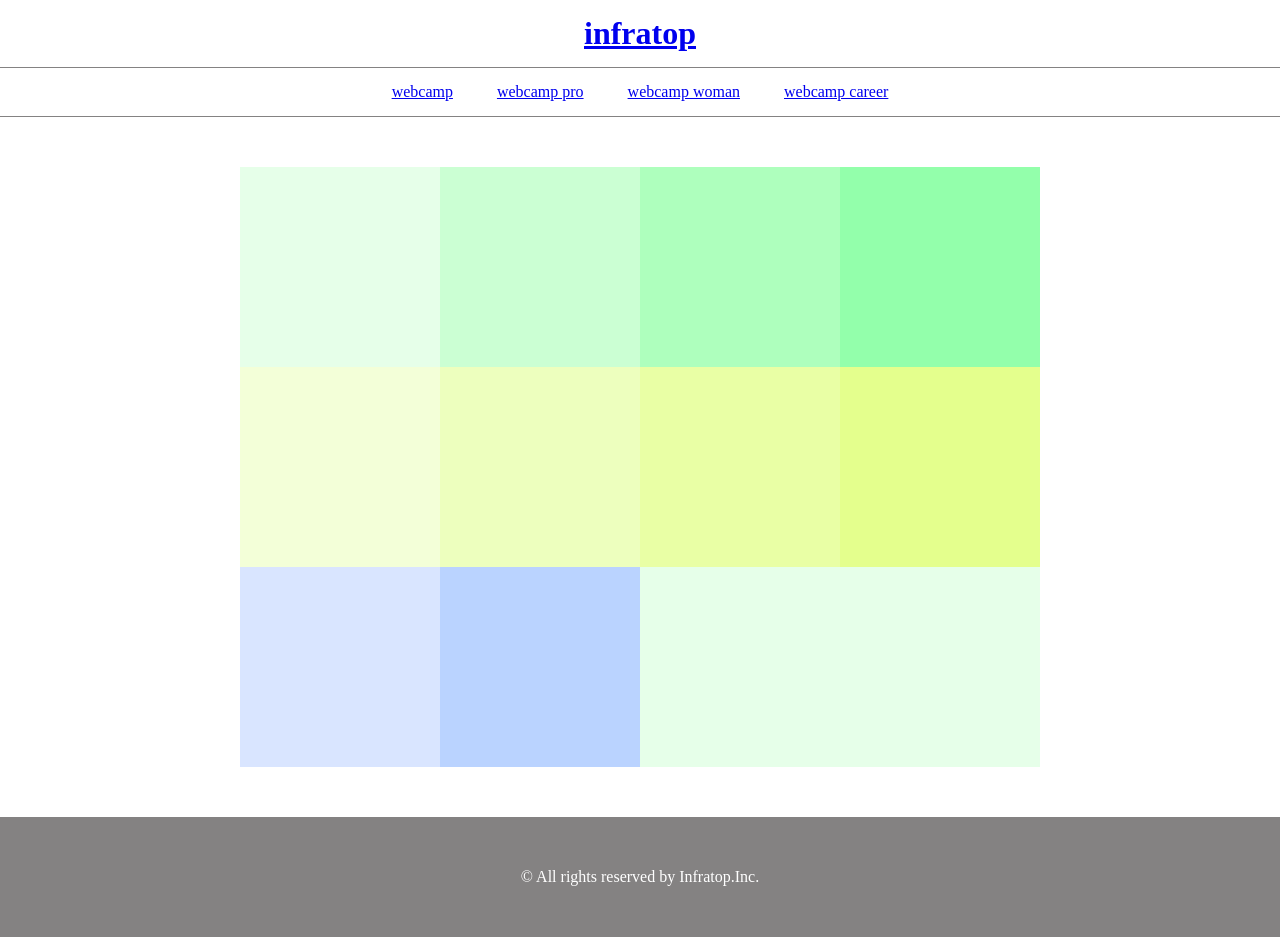
Repository: Nao002/practice
Page: html-practice5/index.html
The author's editor kept a record of every edit. The page is drawn from the files as they stood at one moment, then again after the next edit.
The browser window is 1280 px wide. The pictures show the whole page.

Above is the page before.

After the next edit:
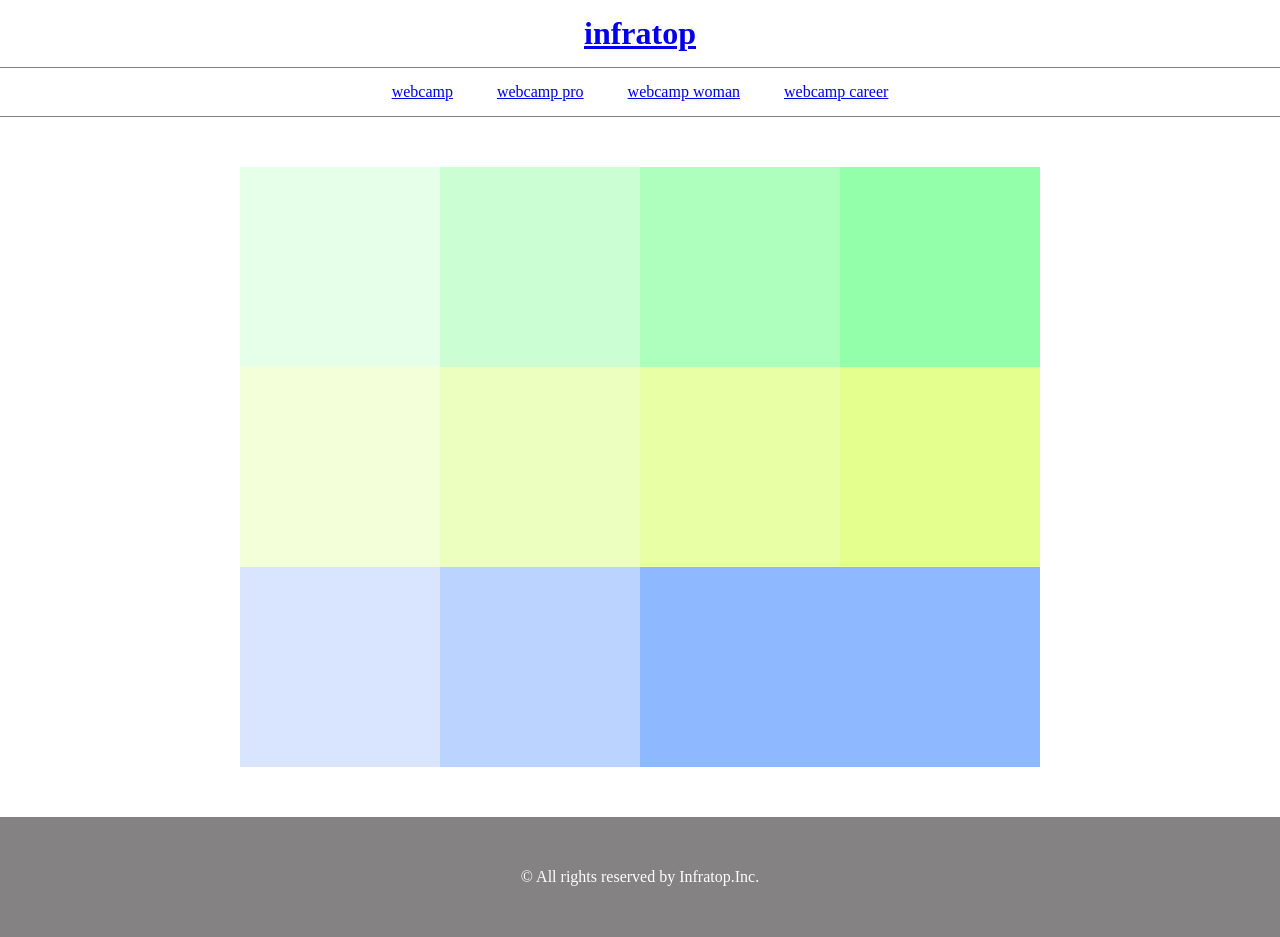
The edit:
--- a/html-practice5/style.css
+++ b/html-practice5/style.css
@@ -95,7 +95,7 @@
 }
 
 .color12{
-  background-color: #e6ffe9
+  background-color: #8eb8ff;
 }
 
 
